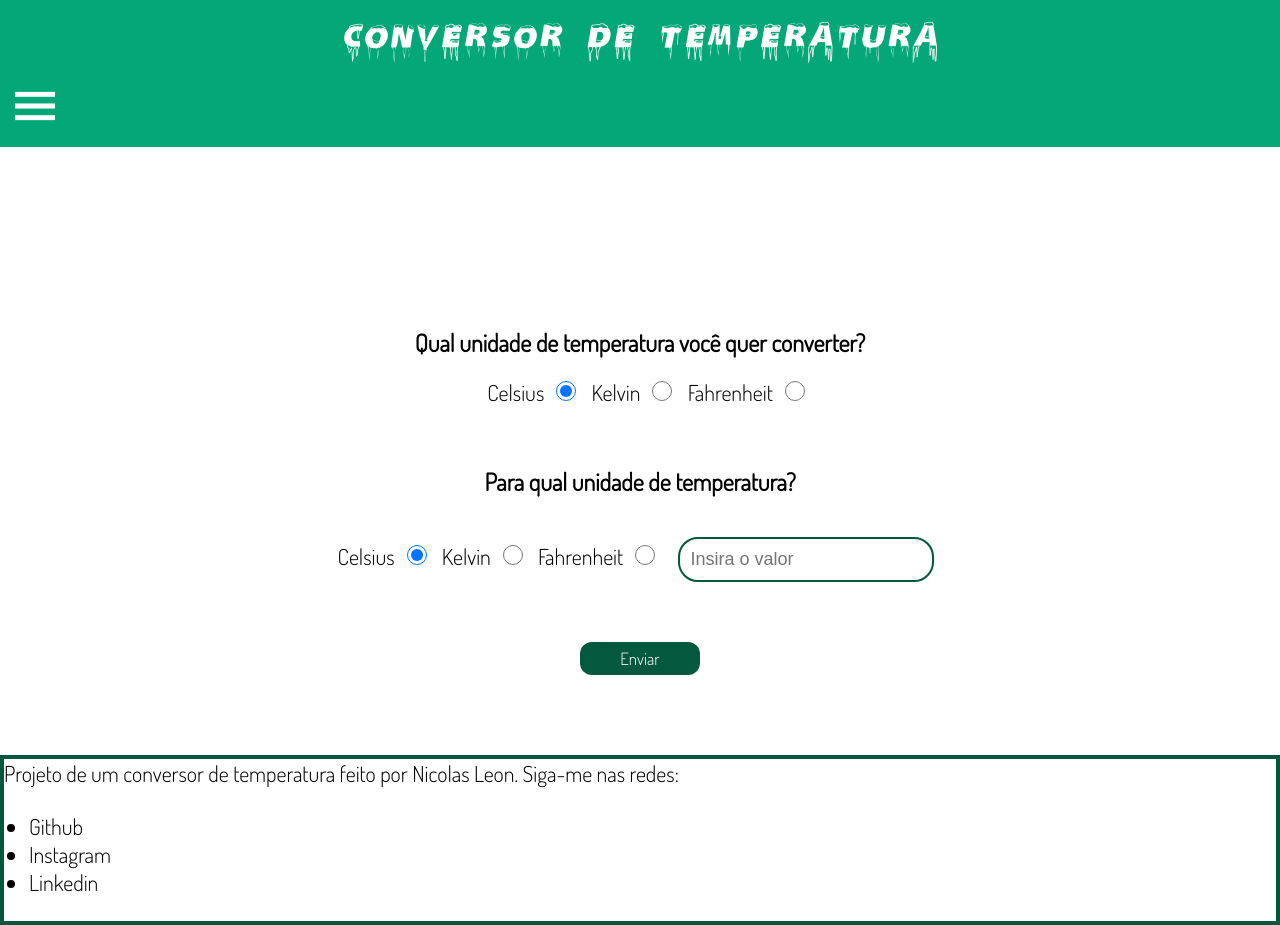
Repository: Leonngc/Conversor-de-temperatura
Page: index.html
These files come from the project's save history. The page is drawn as it stood at one moment and after the next save; the edit follows.
The browser window is 1280 px wide. The pictures show the whole page.
Some web libraries are served in a nearby version.

Above is the page before, as saved 2023-02-10 23:40:05.

### index.html
<!DOCTYPE html>
<html lang="pt-br">
<head>
    <meta charset="UTF-8">
    <meta http-equiv="X-UA-Compatible" content="IE=edge">
    <meta name="viewport" content="width=device-width, initial-scale=1.0">
    <link rel='stylesheet' href='https://cdn-uicons.flaticon.com/uicons-bold-straight/css/uicons-bold-straight.css'>
    <link rel="stylesheet" href="style.css">
    <title>Conversor de temperatura</title>
</head>
<body>
    <header>
        <h1>Conversor de Temperatura</h1>
        <button id="menu-button"><i class="fi fi-bs-menu-burger"></i></button>

        <menu>
            <ul id="links-menu">
                <li><a href="">Sobre a página</a></li>
                <li><a href="">História</a></li>
                <li><a href="">Outros Projetos</a></li>
            </ul>
        </menu>
    </header>

    <main>
       <form>
        <h2>Qual unidade de temperatura você quer converter?</h2>
        <label for="celsius">Celsius</label><input type="radio" name="unidade" id="celsius" class="unidades" checked>
        <label for="kelvin">Kelvin</label><input type="radio" name="unidade" class="unidades" id="kelvin">
        <label for="fahrenheit">Fahrenheit</label><input type="radio" name="unidade" class="unidades" id="fahrenheit">
        <br>
       </form>
       <form>
        <h2>Para qual unidade de temperatura?</h2>
        <label for="cel-res">Celsius</label><input type="radio" name="res-unidade" id="cel-res" class="res-unidades"  checked>
        <label for="kel-res">Kelvin</label><input type="radio" name="res-unidade" id="kel-res" class="res-unidades">
        <label for="fah-res">Fahrenheit</label><input type="radio" name="res-unidade" id="fah-res" class="res-unidades">
        <input type="number" name="graus" id="graus" placeholder="Insira o valor">
       </form>
       <button id="submit">Enviar</button>
    </main>

    <footer>
        <p>Projeto de um conversor de temperatura feito por Nicolas Leon. Siga-me nas redes: </p>
        <ul>
            <li><a href="">Github</a></li>
            <li><a href="">Instagram</a></li>
            <li><a href="">Linkedin</a></li>
        </ul>
    </footer>
</body>
</html>

### style.css
@charset "UTF-8";
@import url('https://fonts.googleapis.com/css2?family= Dosis:wght@300 & display = swap');
@font-face {
    font-family: Title;
    src: url(fonts/IceCaps.ttf);
}

:root{
    --yellow: #F7FF58;
    --snow: #FBFBFF;
    --blackout: #040F16;
    --dosis: 'Dosis', sans-serif;
}

*{
    margin: 0;
    padding: 0;
    box-sizing: border-box;
}

header{
    background-color: #04A777;
    margin-bottom: 160px;
    max-width: 100vw;
    color: white;
}

header > h1{
    font-family: Title, sans-serif;
    font-weight: lighter;
    text-align: center;
    font-size: 45px;
    padding: 22px;
}

menu{
    background-color: #05C78D;
    padding: 20px;
    max-width: 100vw;
    display: none;
}

menu > ul{
    margin-left: 20px;
    font-size: 20px;
    font-family: var(--dosis);
    font-weight: bold;
    color: white;
}

menu > ul > li{
    padding: 5px;
}

li > a{
    text-decoration: none;
    color: #FBFBFF;
}

li > a:hover{
    color: #03583e;
    text-decoration: underline;
}

#menu-button{
    background-color: #03583e00;
    border: none;
    color: white;
    font-size: 40px;
    margin-left: 15px;
    margin-bottom: 12px;
}

main{
    text-align: center;
}

form{
    margin: 40px;
    font-family: var(--dosis);

}

form > h2{
    padding: 20px;
}

.unidades, .res-unidades{
    height: 20px;
    width: 20px;
}

label{
    font-size: 22px;
    padding: 12px;
}

#graus{
    margin: 20px;
    padding: 10px;
    border-radius: 20px;
    border: 2px solid #03583e;
    color: #03583e;
    font-size: 18px;
}

#submit{
    font-family: var(--dosis);
    font-size: 17px;
    padding: 6px;
    width: 120px;
    background-color: #03583e;
    color: white;
    border-radius: 12px;
    border: none;
}

#submit:hover{
    background-color: white;
    color: #03583e;
    border: 2px solid
    #03583e;
}

#submit:active{
    width: 117px;
    padding: 4px;
}

footer{
    margin-top: 80px;
    border: 4px solid #03583e;
    font-size: 22px;
    font-family: var(--dosis);
}

footer > ul{
    padding: 25px;
}

footer > ul > li > a{
    color: black;
}

After the next save:
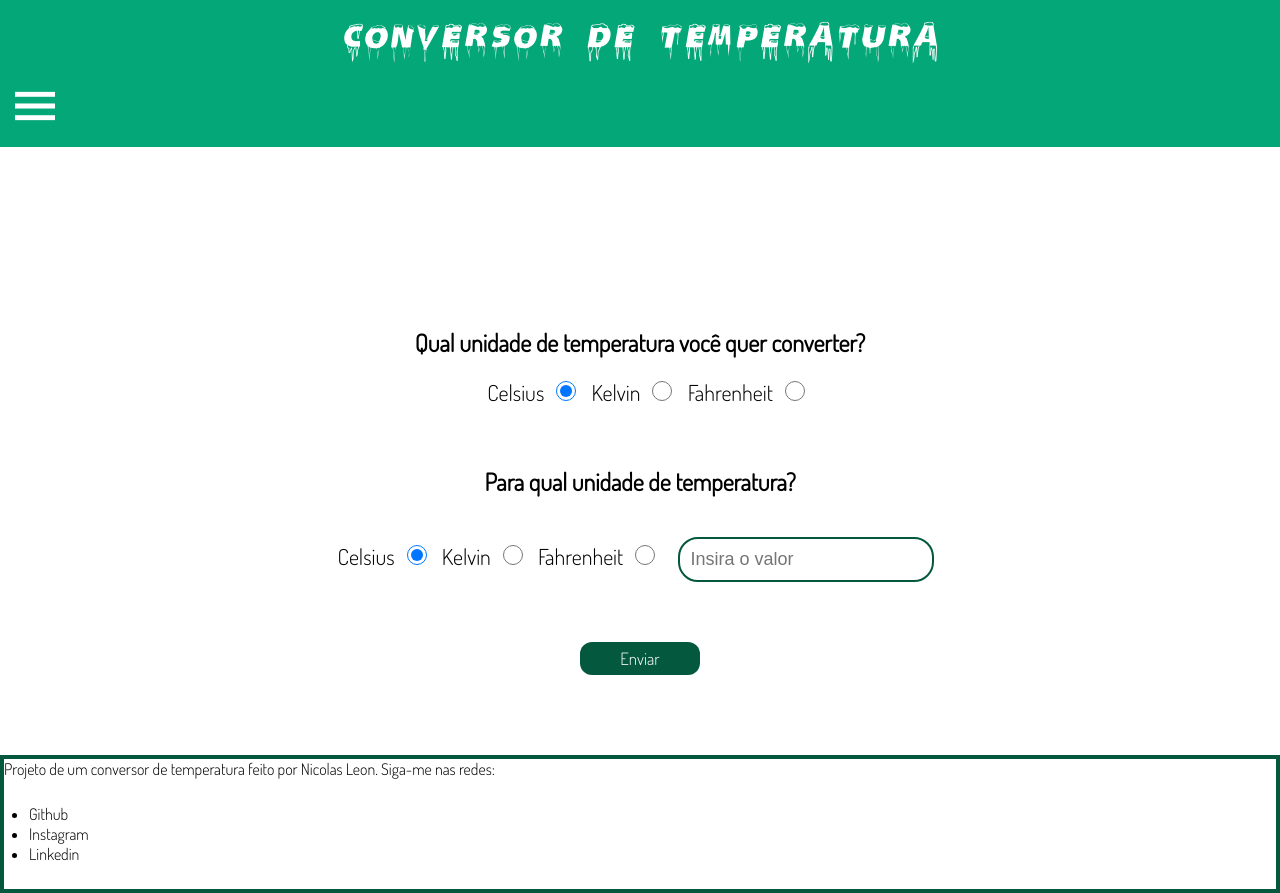
Saved 16 s later.
--- a/style.css
+++ b/style.css
@@ -130,7 +130,7 @@ label{
 footer{
     margin-top: 80px;
     border: 4px solid #03583e;
-    font-size: 22px;
+    font-size: 16px;
     font-family: var(--dosis);
 }
 
